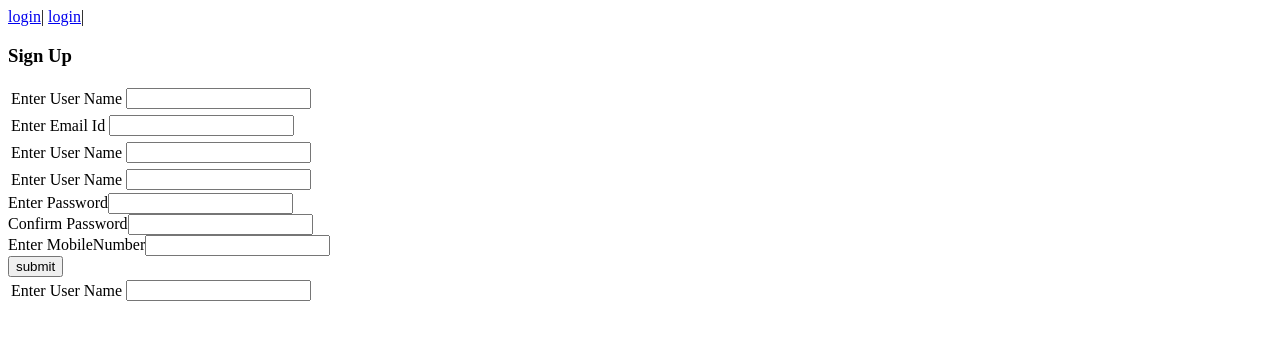
Repository: ashwinipatil321/ServletPrograms
Page: http://localhost/loginAndRegisterServlet/Register.jsp
These files come from the project's save history. The page is drawn as it stood at one moment and after the next save; the edit follows.
The browser window is 1280 px wide. The pictures show the whole page.
The page is served by Tomcat 9. Other server files are loaded and not shown.

Above is the page before, as saved 2017-11-04 11:39:37.

### loginAndRegisterServlet/WebContent/Register.jsp
<%@ page language="java" contentType="text/html; charset=UTF-8"
    pageEncoding="UTF-8"%>
<!DOCTYPE html PUBLIC "-//W3C//DTD HTML 4.01 Transitional//EN" "http://www.w3.org/TR/html4/loose.dtd">
<html>
<head>
<meta http-equiv="Content-Type" content="text/html; charset=UTF-8">
<title>Insert title here</title>
</head>
<body>
<%@ include file="index.jsp" %>
    <h3> Sign Up </h3>
<form action="RegisterServlet" method="post">
<table border="0">
<tr>
<td>Enter User Name</td>
<td><input type="text"name="UserName" ></td>
</tr>

<table border="0">
<tr>
<td>Enter Email Id</td>
<td><input type="text" name="EmailId"></td>
</tr>

<table border="0">
<tr>
<td>Enter User Name</td>
<td><input type="text"name="UserName" ></td>
</tr>

<table border="0">
<tr>
<td>Enter User Name</td>
<td><input type="text"name="UserName" ></td>
</tr>

<table border="0">
<tr>
<td>Enter User Name</td>
<td><input type="text"name="UserName" ></td>
</tr>


 <label>Enter Password</label>
<input type="text" name="password"/><br>
 <label>Confirm Password</label>
<input type="text" name="confirmPassword"/><br>
 <label>Enter MobileNumber</label>
<input type="text" name="MobileNumber"/><br>
<input type="submit" value="submit"/>
</table>
</form>

</body>
</html>

### loginAndRegisterServlet/WebContent/index.jsp
<%@ page language="java" contentType="text/html; charset=UTF-8"
    pageEncoding="UTF-8"%>
<!DOCTYPE html PUBLIC "-//W3C//DTD HTML 4.01 Transitional//EN" "http://www.w3.org/TR/html4/loose.dtd">
<html>
<head>
<meta http-equiv="Content-Type" content="text/html; charset=UTF-8">
<title>Insert title here</title>
</head>
<body>
<a href="login.jsp">login</a>|
<a href="Register.jsp">login</a>|
</body>
</html>

After the next save:
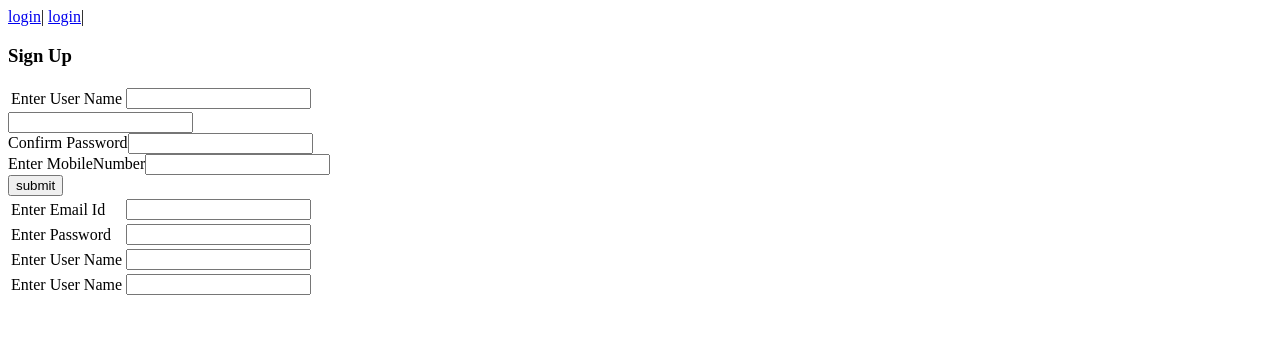
Saved 21 s later.
--- a/loginAndRegisterServlet/WebContent/Register.jsp
+++ b/loginAndRegisterServlet/WebContent/Register.jsp
@@ -16,32 +16,30 @@
 <td><input type="text"name="UserName" ></td>
 </tr>
 
-<table border="0">
-<tr>
+<table border="0"><tr>
 <td>Enter Email Id</td>
 <td><input type="text" name="EmailId"></td>
 </tr>
 
-<table border="0">
+
+<tr>
+<td>Enter Password</td>
+<td><input type="text"name="UserName" ></td>
+</tr>
+
+
 <tr>
 <td>Enter User Name</td>
 <td><input type="text"name="UserName" ></td>
 </tr>
 
-<table border="0">
-<tr>
-<td>Enter User Name</td>
-<td><input type="text"name="UserName" ></td>
-</tr>
-
-<table border="0">
 <tr>
 <td>Enter User Name</td>
 <td><input type="text"name="UserName" ></td>
 </tr>
 
 
- <label>Enter Password</label>
+ <label></label>
 <input type="text" name="password"/><br>
  <label>Confirm Password</label>
 <input type="text" name="confirmPassword"/><br>
